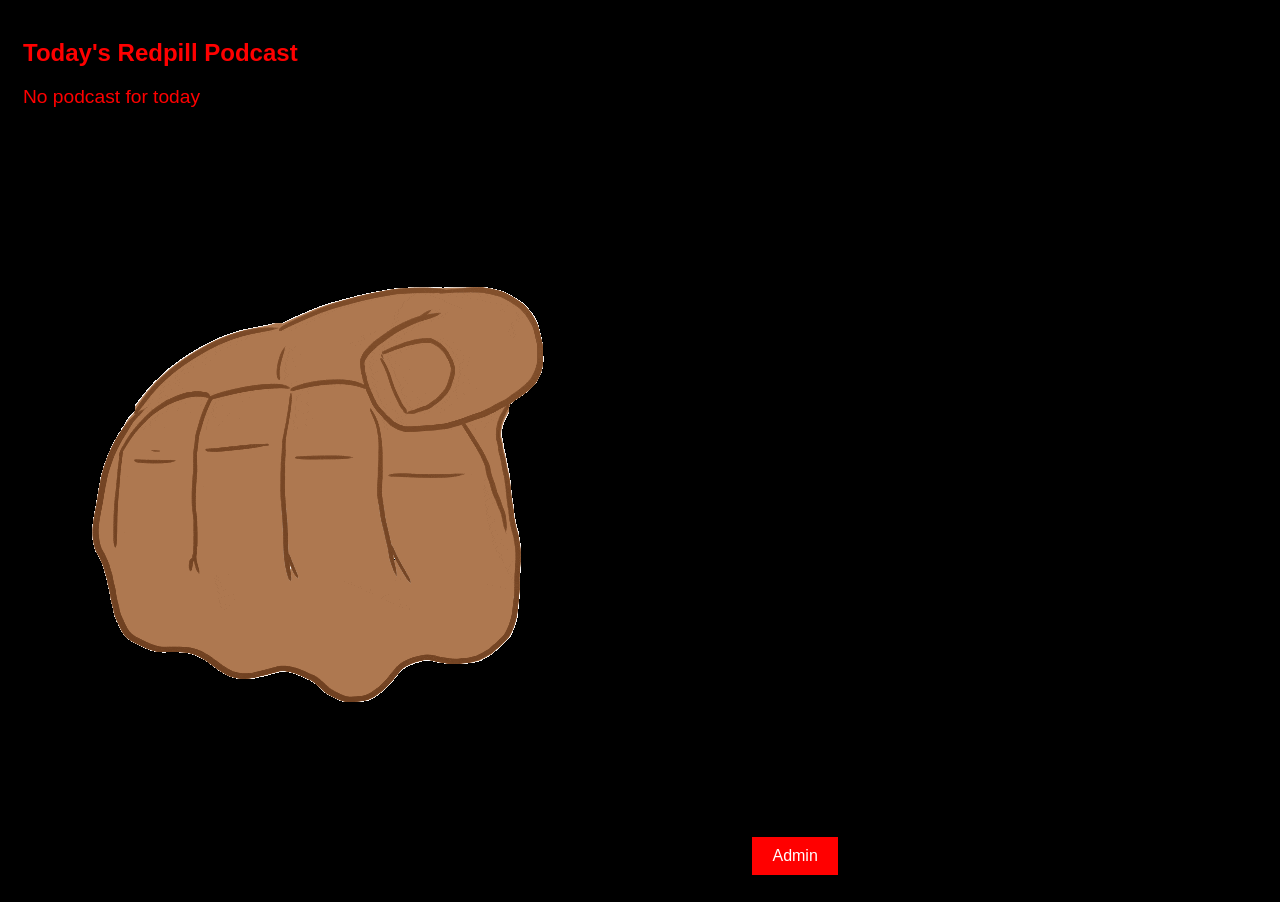
Repository: fechinmitchell/thedailyonepercent
Page: popup.html
An editor plug-in stored every save of this project. The page is shown before and after the next save, followed by the edit.
The browser window is 1280 px wide. The pictures show the whole page.

Above is the page before, as saved 2023-06-21 20:59:44.

After the next save:
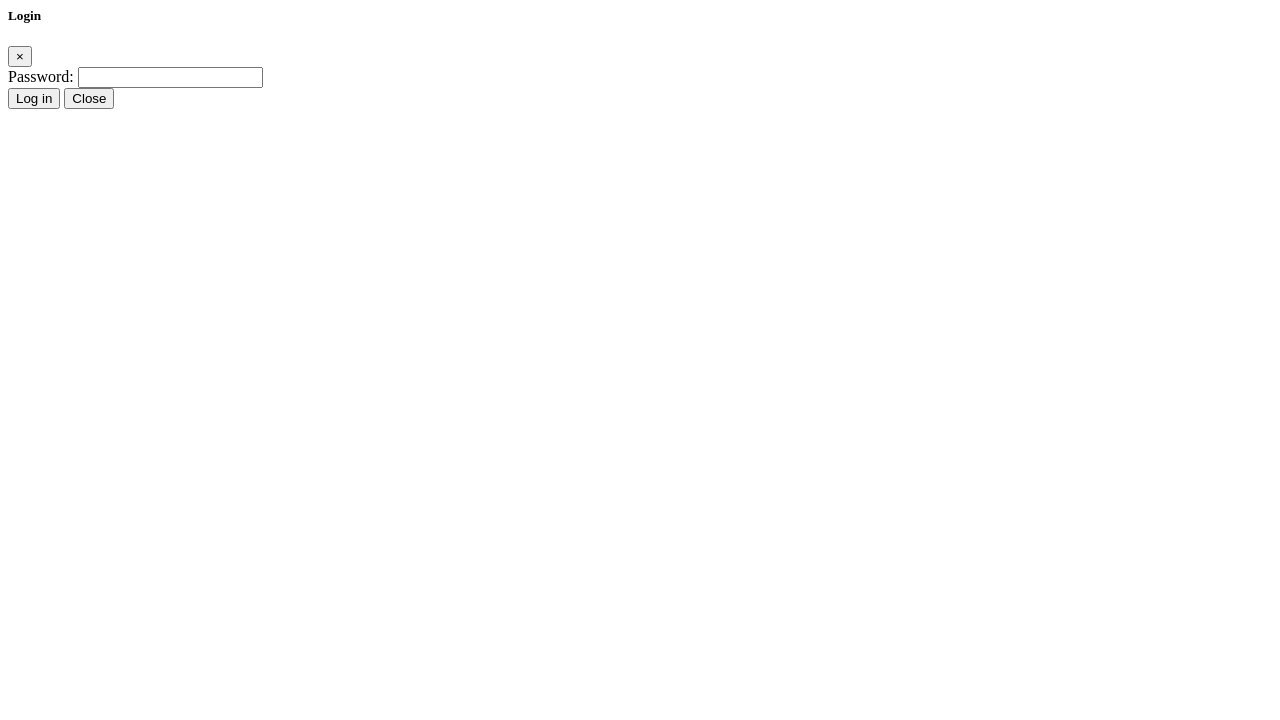
Saved 3 min 24 s later.
--- a/popup.html
+++ b/popup.html
@@ -1,13 +1,20 @@
-<!DOCTYPE html>
-<html>
-<head>
-  <link rel="stylesheet" type="text/css" href="popup.css">
-</head>
-<body>
-  <h1>Today's Redpill Podcast</h1>
-  <p id="podcast"></p>
-  <img id="logo" src="icon.gif" alt="Redpill Logo">
-  <button id="admin-button">Admin</button>
-  <script src="popup.js"></script>
-</body>
-</html>
+<div id="loginModal" class="modal fade" tabindex="-1" role="dialog">
+    <div class="modal-dialog" role="document">
+      <div class="modal-content">
+        <div class="modal-header">
+          <h5 class="modal-title">Login</h5>
+          <button type="button" class="close" data-dismiss="modal" aria-label="Close">
+            <span aria-hidden="true">&times;</span>
+          </button>
+        </div>
+        <div class="modal-body">
+          <label for="password">Password:</label>
+          <input type="password" id="password" name="password">
+        </div>
+        <div class="modal-footer">
+          <button type="button" class="btn btn-primary" id="loginButton">Log in</button>
+          <button type="button" class="btn btn-secondary" data-dismiss="modal">Close</button>
+        </div>
+      </div>
+    </div>
+  </div>

After the 2 saves that followed:
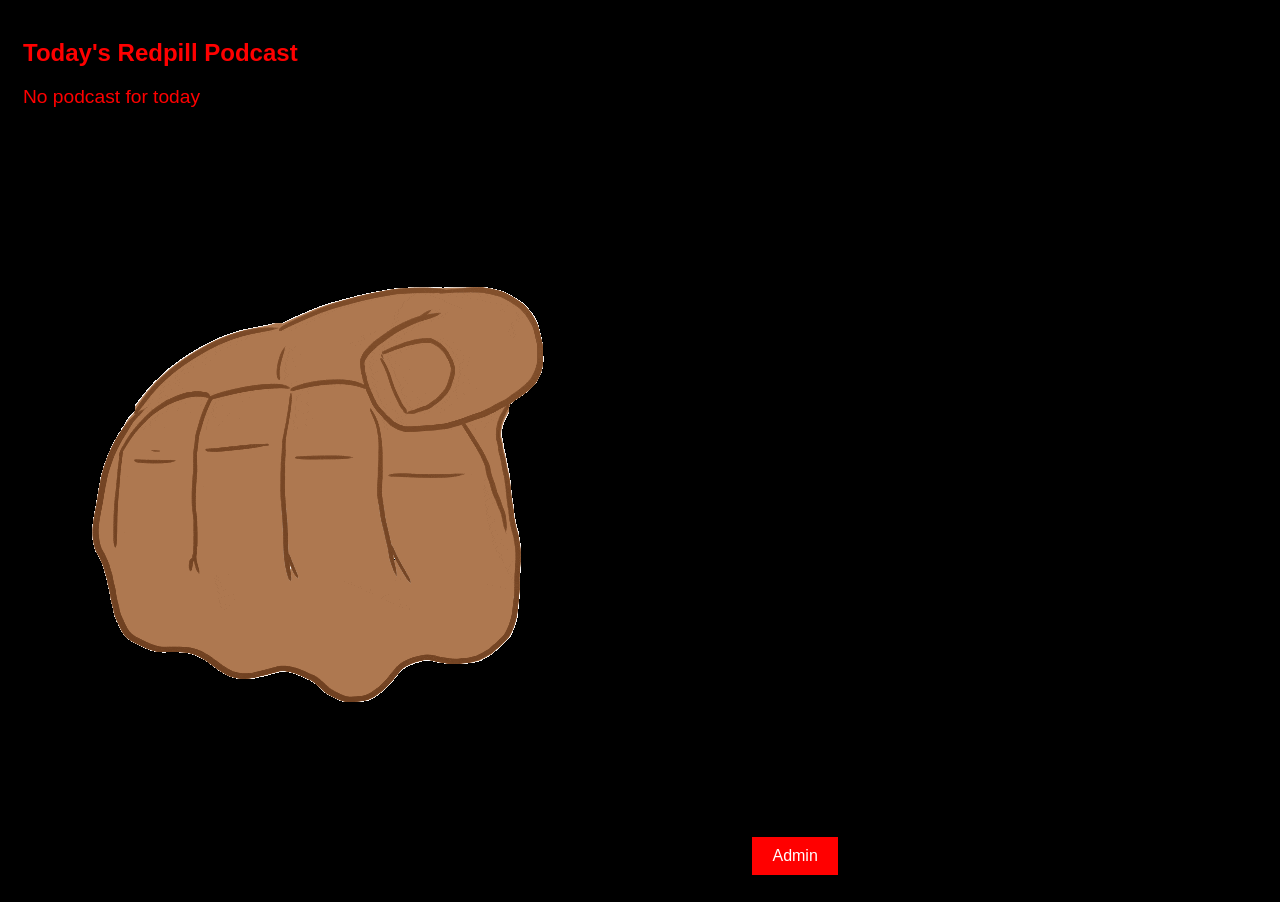
The 2 saves are shown as one change because 1 left the picture as it was.
The last was saved 4 min 12 s later.
--- a/popup.html
+++ b/popup.html
@@ -1,20 +1,13 @@
-<div id="loginModal" class="modal fade" tabindex="-1" role="dialog">
-    <div class="modal-dialog" role="document">
-      <div class="modal-content">
-        <div class="modal-header">
-          <h5 class="modal-title">Login</h5>
-          <button type="button" class="close" data-dismiss="modal" aria-label="Close">
-            <span aria-hidden="true">&times;</span>
-          </button>
-        </div>
-        <div class="modal-body">
-          <label for="password">Password:</label>
-          <input type="password" id="password" name="password">
-        </div>
-        <div class="modal-footer">
-          <button type="button" class="btn btn-primary" id="loginButton">Log in</button>
-          <button type="button" class="btn btn-secondary" data-dismiss="modal">Close</button>
-        </div>
-      </div>
-    </div>
-  </div>
+<!DOCTYPE html>
+<html>
+<head>
+  <link rel="stylesheet" type="text/css" href="popup.css">
+</head>
+<body>
+  <h1>Today's Redpill Podcast</h1>
+  <p id="podcast"></p>
+  <img id="logo" src="icon.gif" alt="Redpill Logo">
+  <button id="admin-button">Admin</button>
+  <script src="popup.js"></script>
+</body>
+</html>
--- a/popup.js
+++ b/popup.js
@@ -2,6 +2,7 @@ document.addEventListener('DOMContentLoaded', function() {
     var date = new Date();
     var dayOfMonth = date.getDate();
     var podcast = null;
+
     try {
       podcast = JSON.parse(localStorage.getItem(dayOfMonth));
     } catch (e) {
@@ -23,61 +24,36 @@ document.addEventListener('DOMContentLoaded', function() {
     document.getElementById('logo').addEventListener('click', function() {
       clickCount++;
       if (clickCount == 2) {
-        showPasswordInput();
-        clickCount = 0;
+        $('#loginModal').modal('show');  // Show the modal
+
+        document.getElementById('loginButton').addEventListener('click', function() {
+          var password = document.getElementById('password').value;
+
+          if (password == 'your_password_here') {
+            var newPodcastName = prompt('Enter the name of the podcast for ' + dayOfMonth);
+            var newPodcastLink = prompt('Enter the link to the podcast for ' + dayOfMonth);
+            localStorage.setItem(dayOfMonth, JSON.stringify({ name: newPodcastName, link: newPodcastLink }));
+          }
+
+          $('#loginModal').modal('hide');  // Hide the modal
+          clickCount = 0;
+        });
       }
     });
 
     document.getElementById('admin-button').addEventListener('click', function() {
-      showPasswordInput();
+      $('#loginModal').modal('show');  // Show the modal
+
+      document.getElementById('loginButton').addEventListener('click', function() {
+        var password = document.getElementById('password').value;
+
+        if (password == 'your_password_here') {
+          var newPodcastName = prompt('Enter the name of the podcast for ' + dayOfMonth);
+          var newPodcastLink = prompt('Enter the link to the podcast for ' + dayOfMonth);
+          localStorage.setItem(dayOfMonth, JSON.stringify({ name: newPodcastName, link: newPodcastLink }));
+        }
+
+        $('#loginModal').modal('hide');  // Hide the modal
+      });
     });
-
-    function showPasswordInput() {
-      var passwordPopup = document.createElement('div');
-      passwordPopup.innerHTML = `
-        <div class="popup">
-          <label for="password-input">Enter password:</label>
-          <input type="password" id="password-input">
-          <button id="submit-button">Submit</button>
-        </div>
-      `;
-
-      document.body.appendChild(passwordPopup);
-
-      var submitButton = document.getElementById('submit-button');
-      submitButton.addEventListener('click', function() {
-        var passwordInput = document.getElementById('password-input');
-        var password = passwordInput.value;
-        if (password === 'your_password_here') {
-          showPodcastInput(dayOfMonth);
-        }
-        passwordPopup.remove();
-      });
-    }
-
-    function showPodcastInput(dayOfMonth) {
-      var podcastPopup = document.createElement('div');
-      podcastPopup.innerHTML = `
-        <div class="popup">
-          <label for="podcast-name-input">Enter the name of the podcast for ${dayOfMonth}:</label>
-          <input type="text" id="podcast-name-input">
-          <label for="podcast-link-input">Enter the link to the podcast for ${dayOfMonth}:</label>
-          <input type="text" id="podcast-link-input">
-          <button id="submit-button">Submit</button>
-        </div>
-      `;
-
-      document.body.appendChild(podcastPopup);
-
-      var submitButton = document.getElementById('submit-button');
-      submitButton.addEventListener('click', function() {
-        var nameInput = document.getElementById('podcast-name-input');
-        var linkInput = document.getElementById('podcast-link-input');
-        var newPodcastName = nameInput.value;
-        var newPodcastLink = linkInput.value;
-        localStorage.setItem(dayOfMonth, JSON.stringify({ name: newPodcastName, link: newPodcastLink }));
-        podcastElement.innerHTML = `<a href="${newPodcastLink}" target="_blank">${newPodcastName}</a>`;
-        podcastPopup.remove();
-      });
-    }
   });
